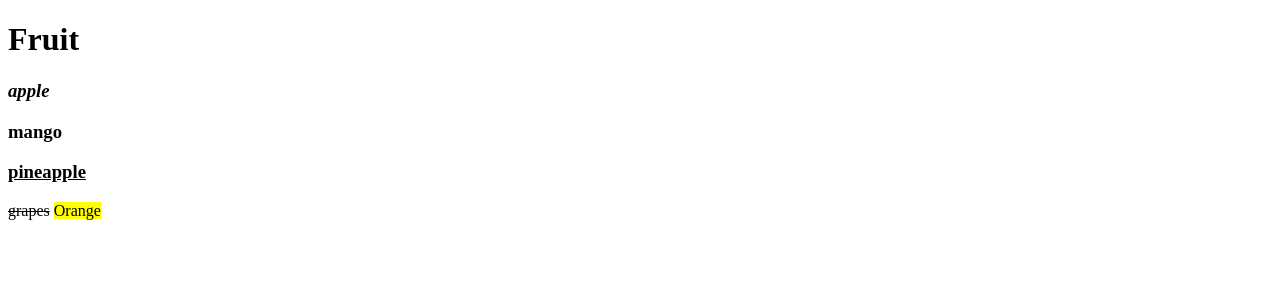
Repository: UshaWorks/WebTech
Page: HTML/index.html
These files come from the project's save history. The page is drawn as it stood at one moment and after the next save; the edit follows.
The browser window is 1280 px wide. The pictures show the whole page.

Above is the page before, as saved 2026-10-12 18:03:32.

After the next save:
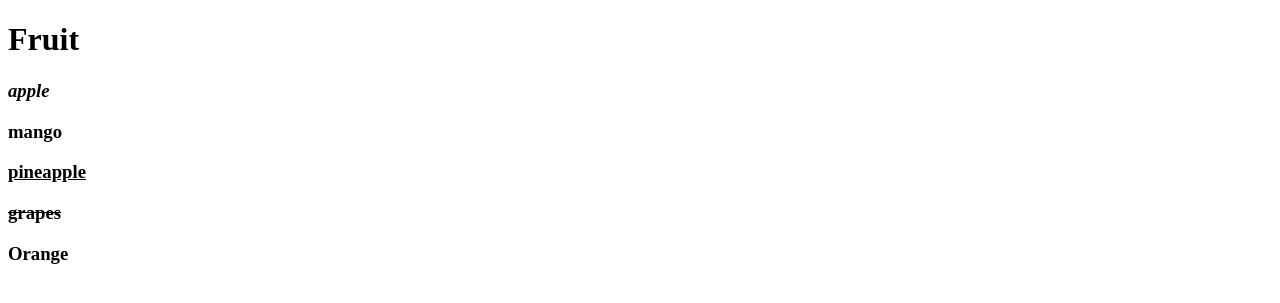
Saved 59 s later.
--- a/HTML/index.html
+++ b/HTML/index.html
@@ -12,7 +12,7 @@
 
     <mark><h3>mango</h3></mark>
     <u><h3>pineapple</h3></u>
-    <strike>grapes</strike>
-    <mark><underline>Orange</underline></mark>
+    <strike><h3>grapes</h3></strike>
+    <mark><underline><h3>Orange</h3></underline></mark>
 </body>
 </html>
